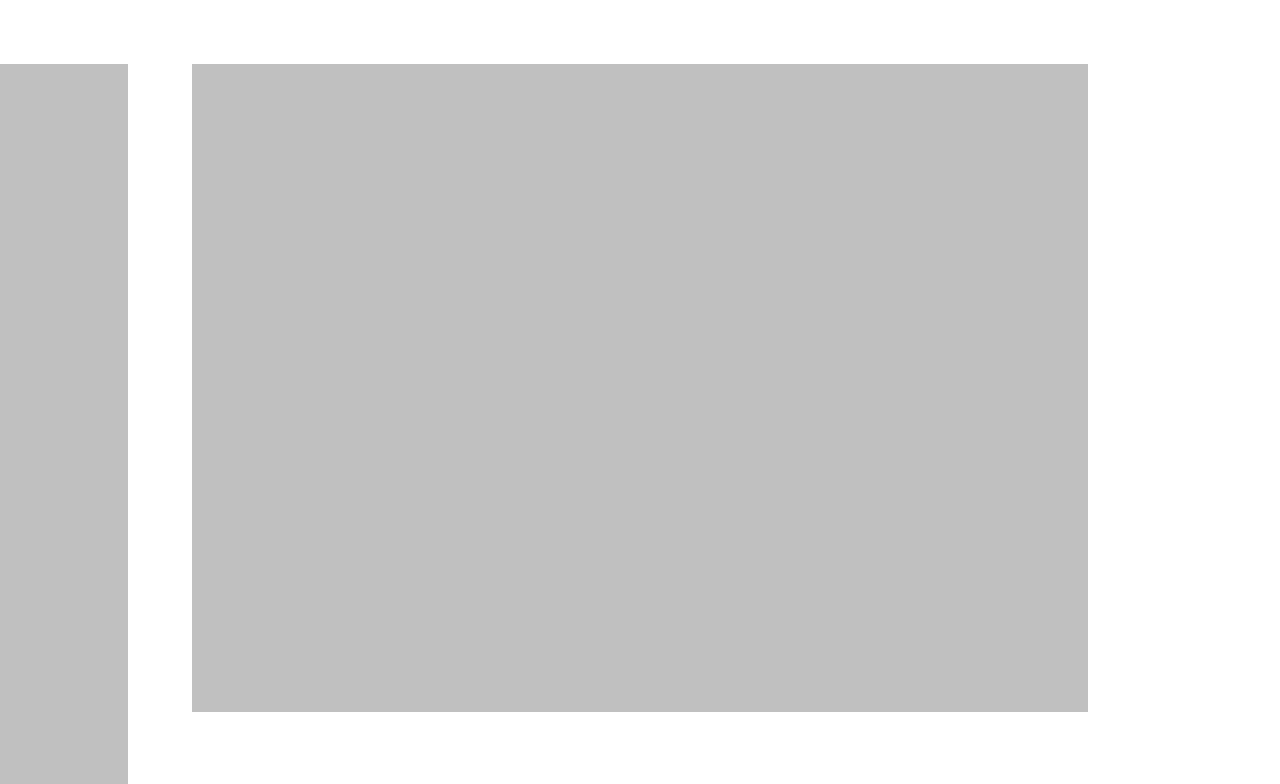
Repository: OrionDevelopers/projectwall
Page: http://localhost/slidePresenter.php
An editor plug-in stored every save of this project. The page is shown before and after the next save, followed by the edit.
The browser window is 1280 px wide. The pictures show the whole page.
The page is run by PHP 8.4 with error messages shown; the project is at /var/www/html/.

Above is the page before, as saved 2013-04-20 16:23:04.

After the next save:
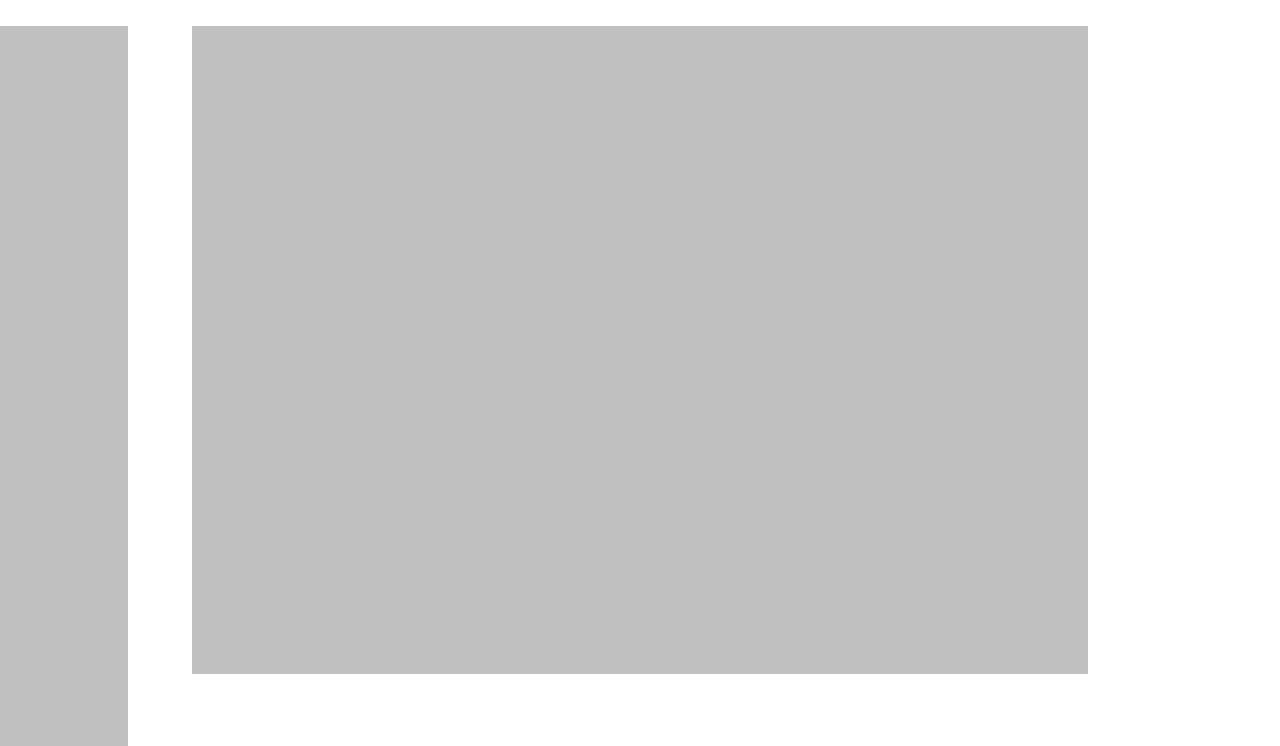
Saved 24 s later.
--- a/slidePresenterPrototype2/presenterPrototype2/css/slidePresenter.css
+++ b/slidePresenterPrototype2/presenterPrototype2/css/slidePresenter.css
@@ -15,7 +15,7 @@ body,html{
 #container{
 	height:90%;
 	width:70%;
-	margin-top:5%;
+	margin-top:2%;
 	margin-left:auto;
 	margin-right:auto;
 	background-color:silver;
